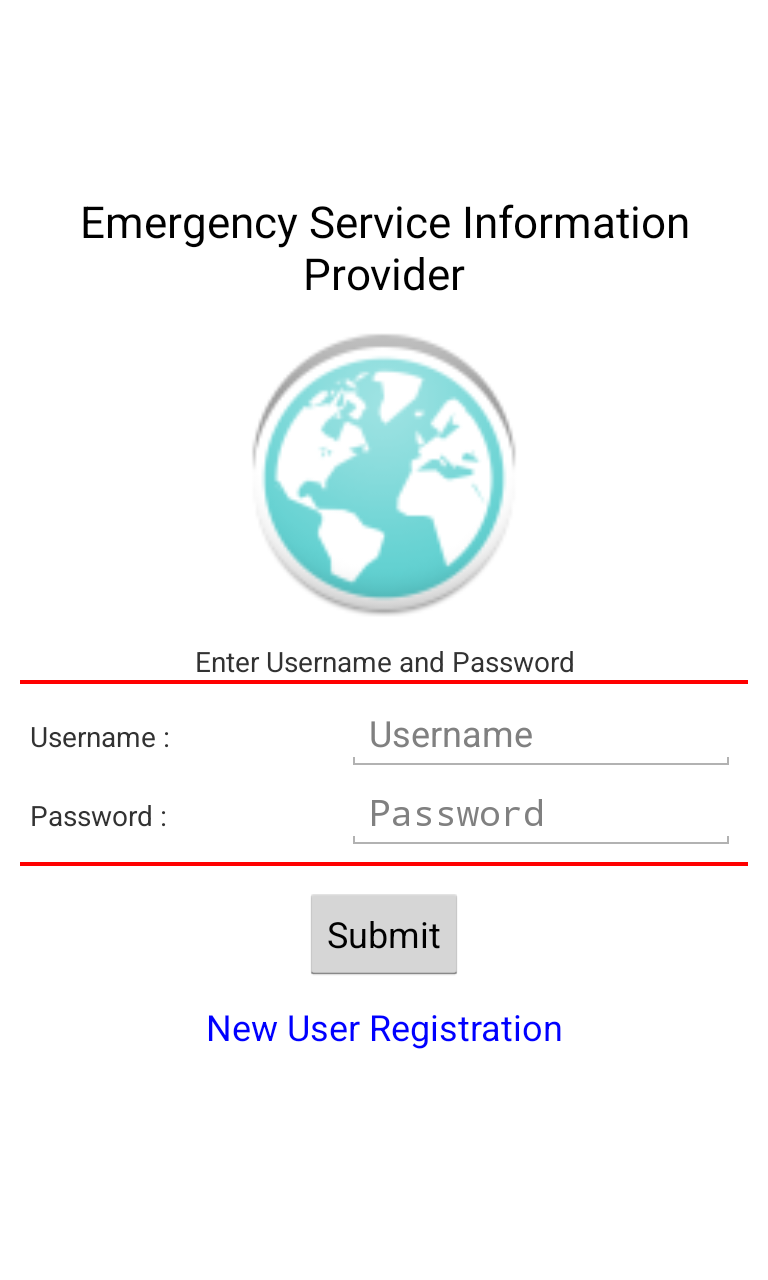
Repository: mansee8/Emergency-Service-Information-Provider
Layout: Emergency Service Information Provider/ESIP/ESIP/res/layout/user_registration.xml
An editor plug-in stored every save of this project. The layout is shown before and after the next save, followed by the edit.
It is drawn on a 768 x 1280 px phone screen (xhdpi) without system bars, with theme AppTheme; the app's code is not run.

Above is the layout before, as saved 2014-02-28 10:09:13.

After the next save:
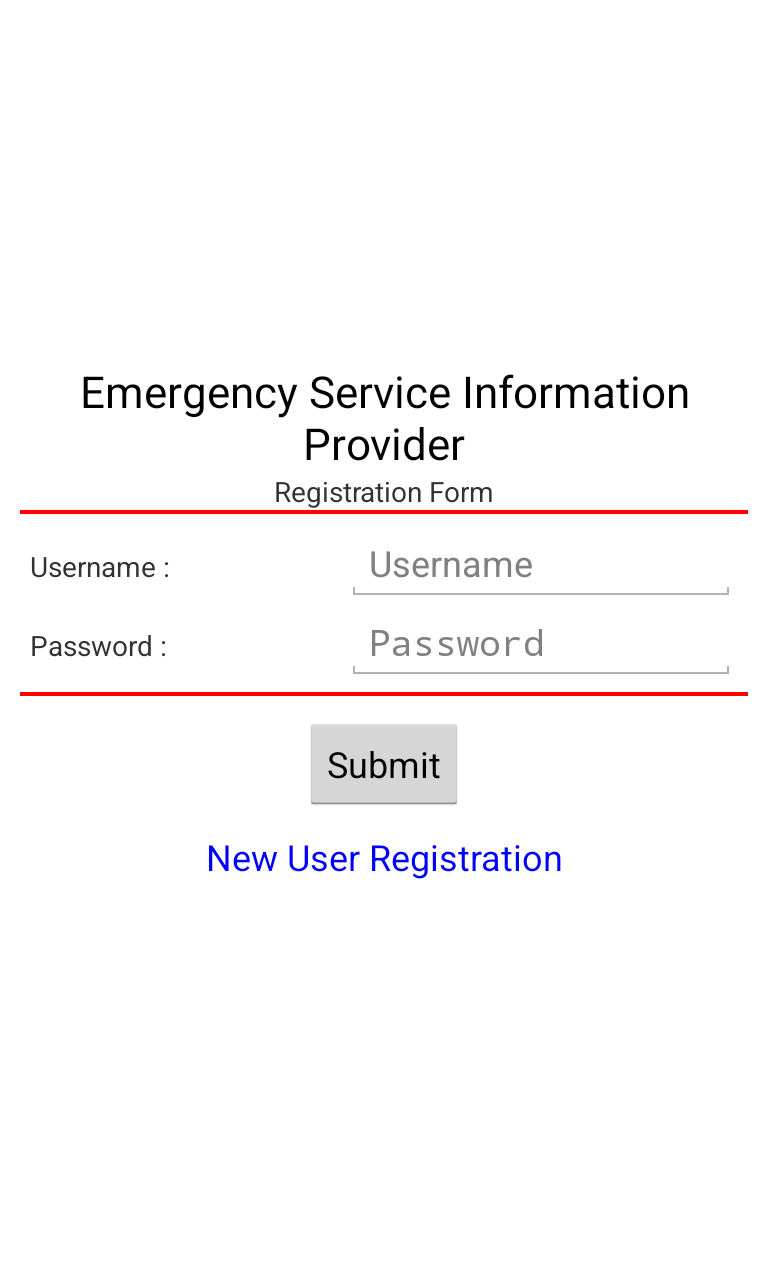
Saved 33 s later.
--- a/Emergency Service Information Provider/ESIP/ESIP/res/layout/user_registration.xml
+++ b/Emergency Service Information Provider/ESIP/ESIP/res/layout/user_registration.xml
@@ -21,18 +21,11 @@
             android:text="Emergency Service Information Provider"
             android:textAppearance="?android:attr/textAppearanceLarge" />
 
-        <ImageView
-            android:id="@+id/imageView1"
-            android:layout_width="150dp"
-            android:layout_height="150dp"
-            android:layout_margin="10dp"
-            android:src="@drawable/ic_launcher" />
-
         <TextView
             android:layout_width="fill_parent"
             android:layout_height="wrap_content"
             android:gravity="center"
-            android:text="Enter Username and Password" />
+            android:text="Registration Form" />
 
         <View
             android:layout_width="fill_parent"
